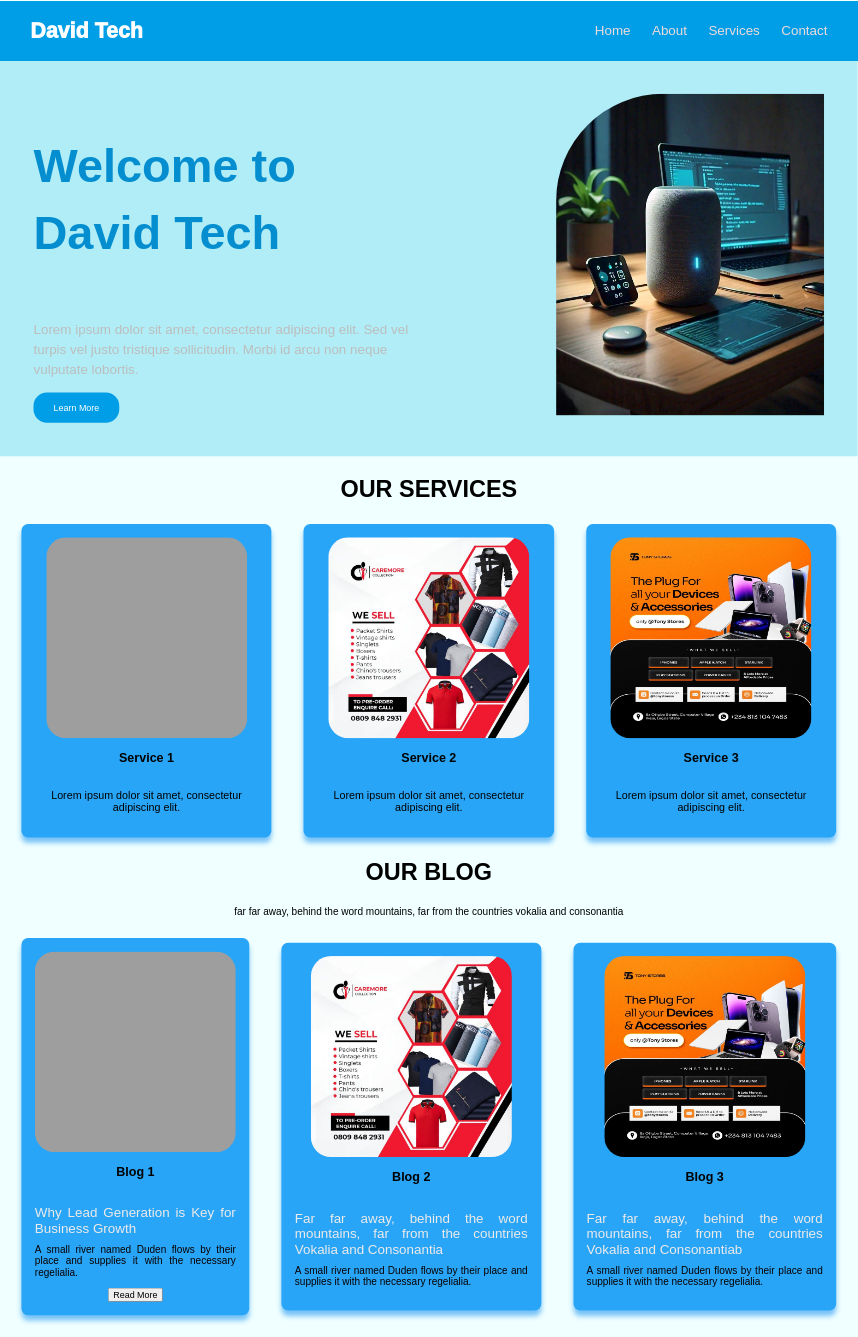
Repository: Daviwizzy/practice-html-css
Page: index.html
These files come from the project's save history. The page is drawn as it stood at one moment and after the next save; the edit follows.
The browser window is 1280 px wide. The pictures show the whole page, at 67% of full size.
Pictures or frames that could not be fetched are drawn as grey boxes.

Above is the page before, as saved 2024-08-06 15:40:54.

After the next save:
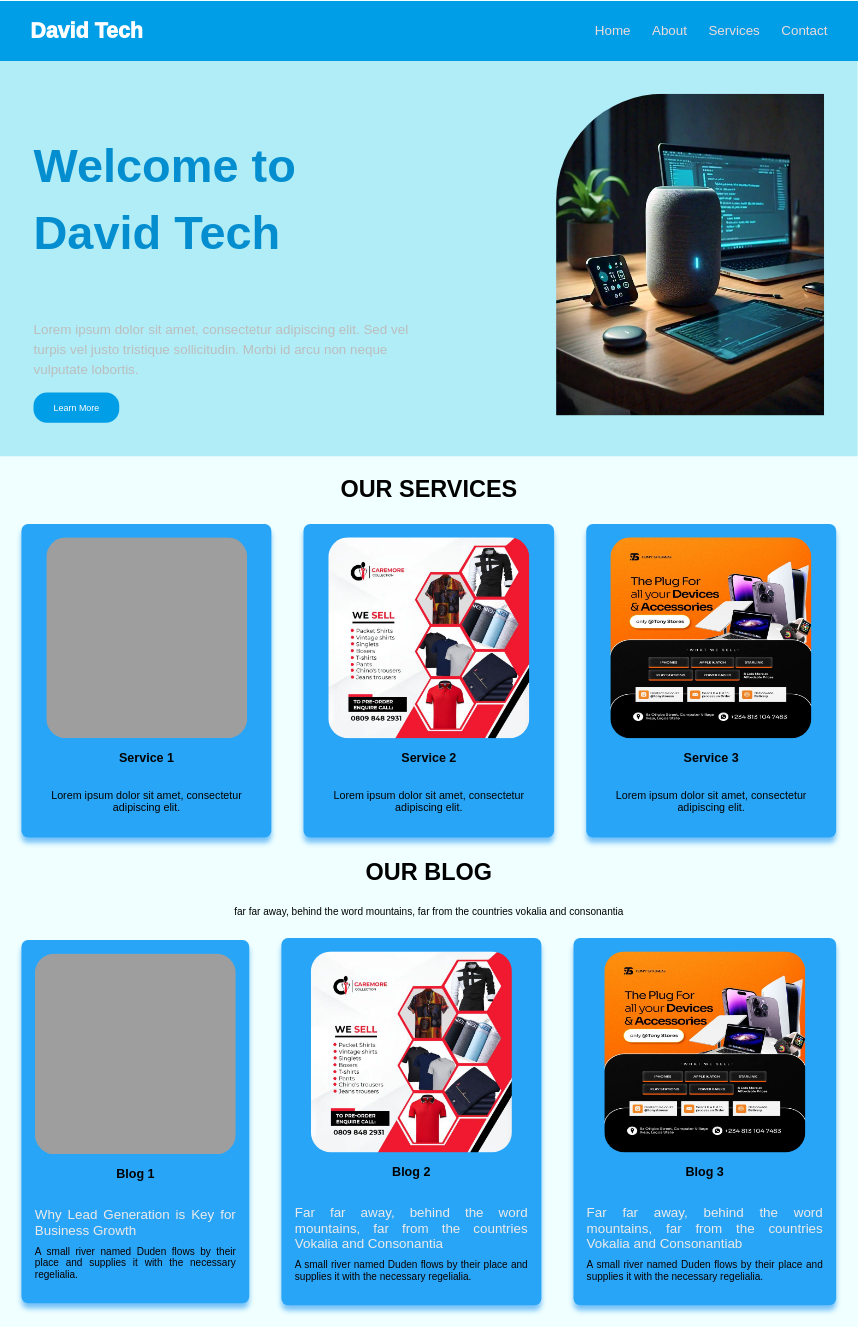
Saved 88 s later.
--- a/index.html
+++ b/index.html
@@ -89,7 +89,6 @@
             A small river named Duden flows by their place and supplies it with
             the necessary regelialia.
           </p>
-          <button class="blog-btn">Read More</button>
         </div>
         <div class="blog-box">
           <img src="services2.jpg" alt="Service 2" class="service-image" />
